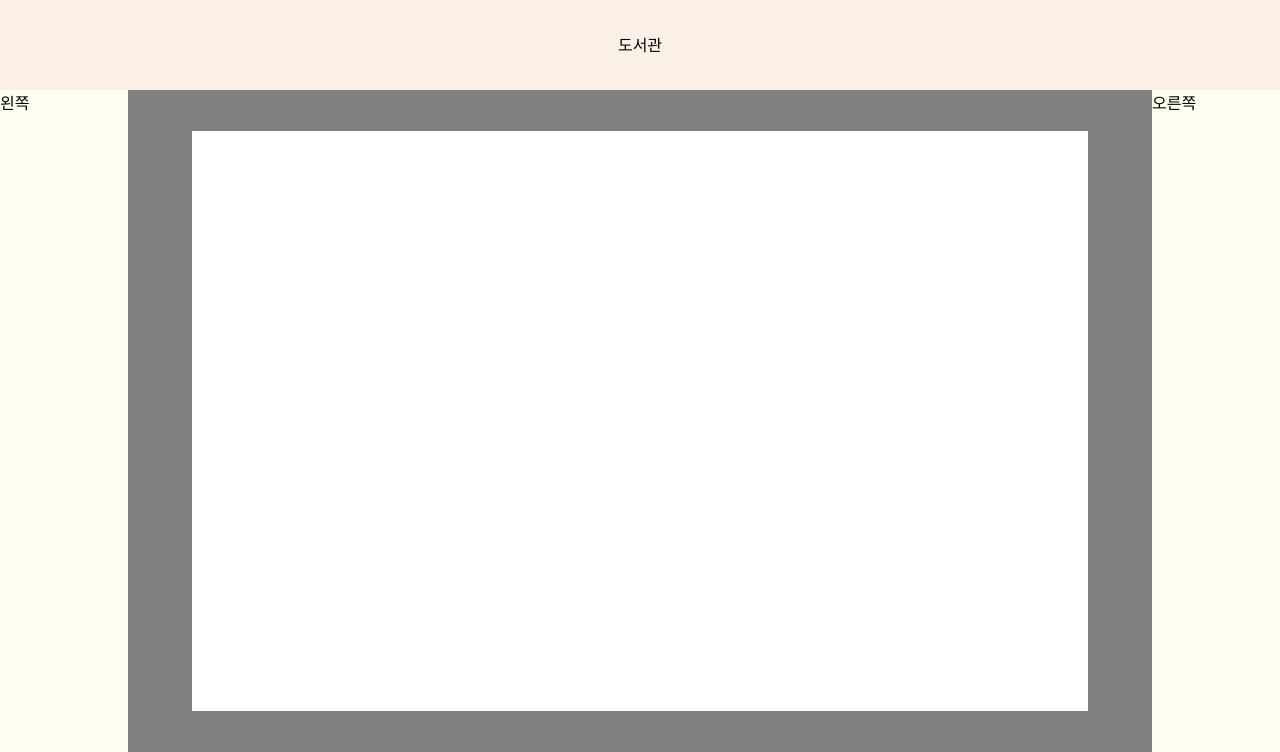
Repository: sojihwan/API_-Multi
Page: / (app in API/)
The author's editor kept a copy of each file at every save. The page is drawn from the files as they stood at one save, then again after the next save.
The browser window is 1280 px wide. The pictures show the whole page.
The project was rebuilt for these pictures with package versions that can differ from the ones it lists, and the page was loaded fresh each time. Also part of the build but not shown: API/src/App.css.

Above is the page before, as saved 2022-05-24 16:10:39.

### API/src/App.js
import "./App.css";
import Layout from "./Layout/Layout";

function App() {
  return (
    <div>
      <Layout />
    </div>
  );
}

export default App;

### API/src/Layout/layout.js
import React from "react";
import "./Layout.css";
import Section from "./Section";

function Layout() {
  return (
    <div className="layout">
      <header>도서관</header>
      <main>
        <aside>왼쪽</aside>
        <Section />
        <aside>오른쪽</aside>
      </main>
    </div>
  );
}

export default Layout;

### API/src/Layout/layout.css
.layout {
  box-sizing: border-box;
}

header {
  top: 0px;
  width: 100%;
  height: 90px;
  line-height: 90px;
  text-align: center;
  background: linen;
}

aside {
  top: 90px;
  background: ivory;
}

main aside:first-child {
  position: absolute;
  left: 0;
  width: 10%;
  height: 91.9%;
}

main {
  display: flex;
  justify-content: center;
  align-items: center;
  min-height: 91.9vh;
  background: grey;
}

main aside:last-child {
  position: absolute;
  right: 0;
  width: 10%;
  height: 91.9%;
}

### API/src/Layout/Section.js
import React from "react";
import "../Layout/Section.css";

function Section() {
  return (
    <div className="section">
      <div></div>
    </div>
  );
}

export default Section;

### API/src/Layout/Section.css
.section {
  width: 70%;
  padding: 290px 0;
  text-align: center;
  background: white;
}

Loaded but not shown: API/public/index.html (common file); API/src/index.js (common file); API/src/index.css (common file); API/src/reportWebVitals.js (common file)

After the next save:
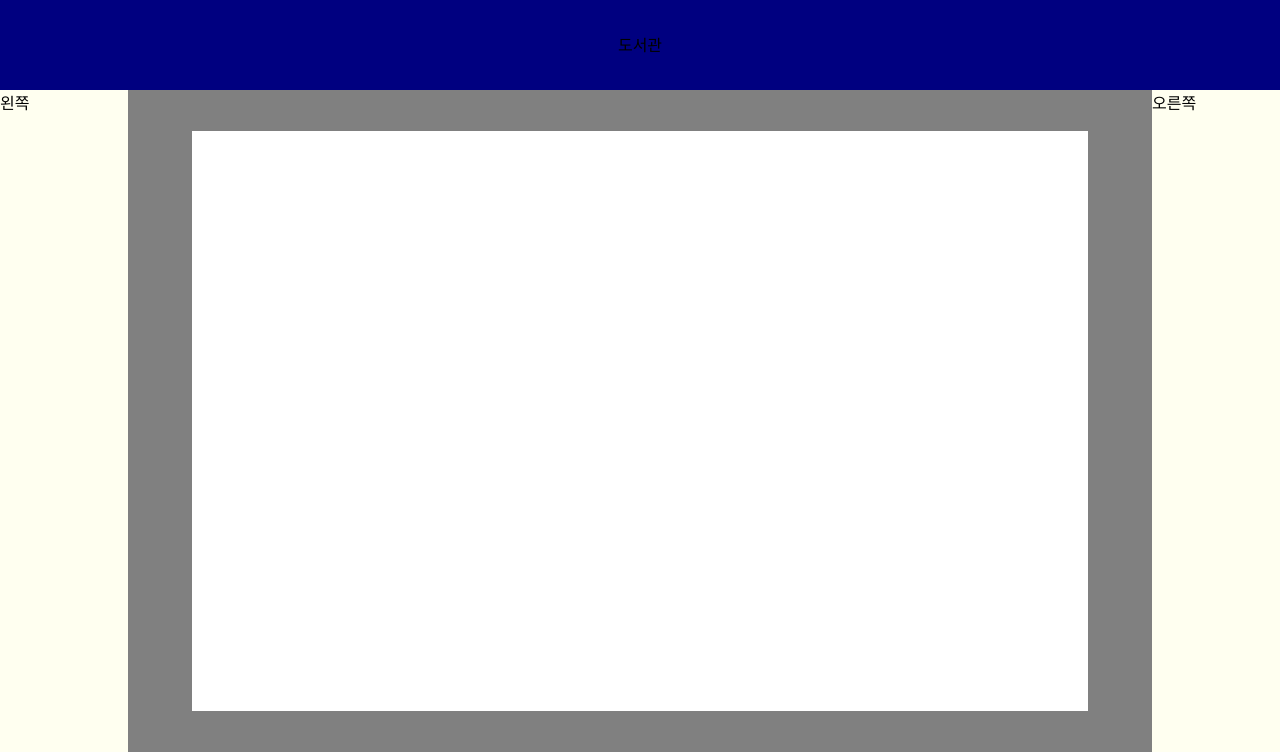
Saved 88 s later.
--- a/API/src/Layout/layout.css
+++ b/API/src/Layout/layout.css
@@ -8,7 +8,7 @@ header {
   height: 90px;
   line-height: 90px;
   text-align: center;
-  background: linen;
+  background: navy;
 }
 
 aside {
